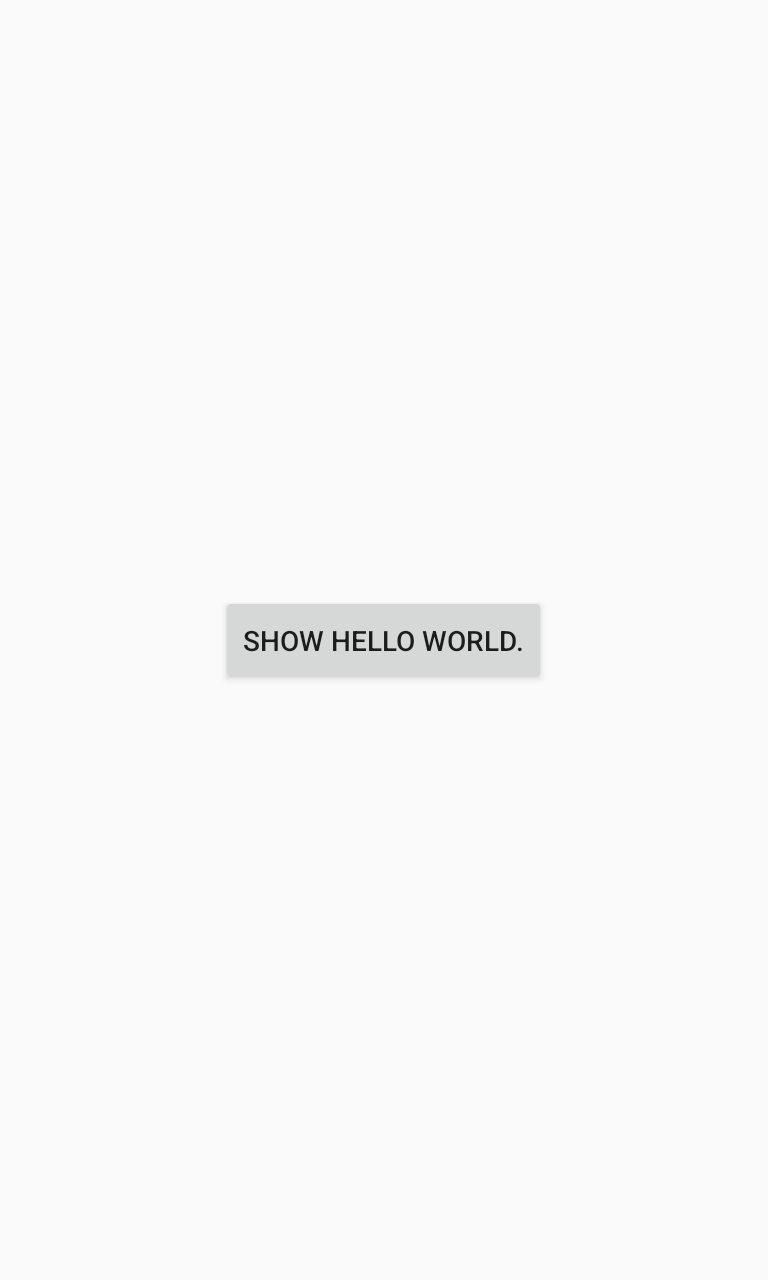
Repository: JoanneCaroll/EventHandling
Layout: EventHandling/res/layout/activity_main.xml
These files come from the project's save history. The layout is drawn as it stood at one moment and after the next save; the edit follows.
It is drawn on a 768 x 1280 px phone screen (xhdpi) without system bars, with theme AppTheme; the app's code is not run.

Above is the layout before, as saved 2014-10-28 06:22:20.

### EventHandling/res/layout/activity_main.xml
<LinearLayout xmlns:android="http://schemas.android.com/apk/res/android"
    xmlns:tools="http://schemas.android.com/tools"
    android:layout_width="match_parent"
    android:layout_height="match_parent"
    android:orientation="vertical"
    android:gravity="center">

    <TextView
        android:id="@+id/hello_world"
        android:layout_width="wrap_content"
        android:layout_height="wrap_content"
        android:text="@string/hello_world"
        android:visibility="gone"
        android:textSize="20dp"/>
    <Button
        android:id="@+id/showButton"
        android:layout_width="wrap_content"
        android:layout_height="wrap_content"
        android:text="@string/show"/>

</LinearLayout>

### EventHandling/res/values/strings.xml
<?xml version="1.0" encoding="utf-8"?>
<resources>

    <string name="app_name">EventHandling</string>
    <string name="hello_world">Hello world!</string>
    <string name="show">Show Hello World.</string>

</resources>

Loaded but not shown: EventHandling/res/values/styles.xml (common file); EventHandling/res/values-v11/styles.xml (common file); EventHandling/res/values-v14/styles.xml (common file)

After the next save:
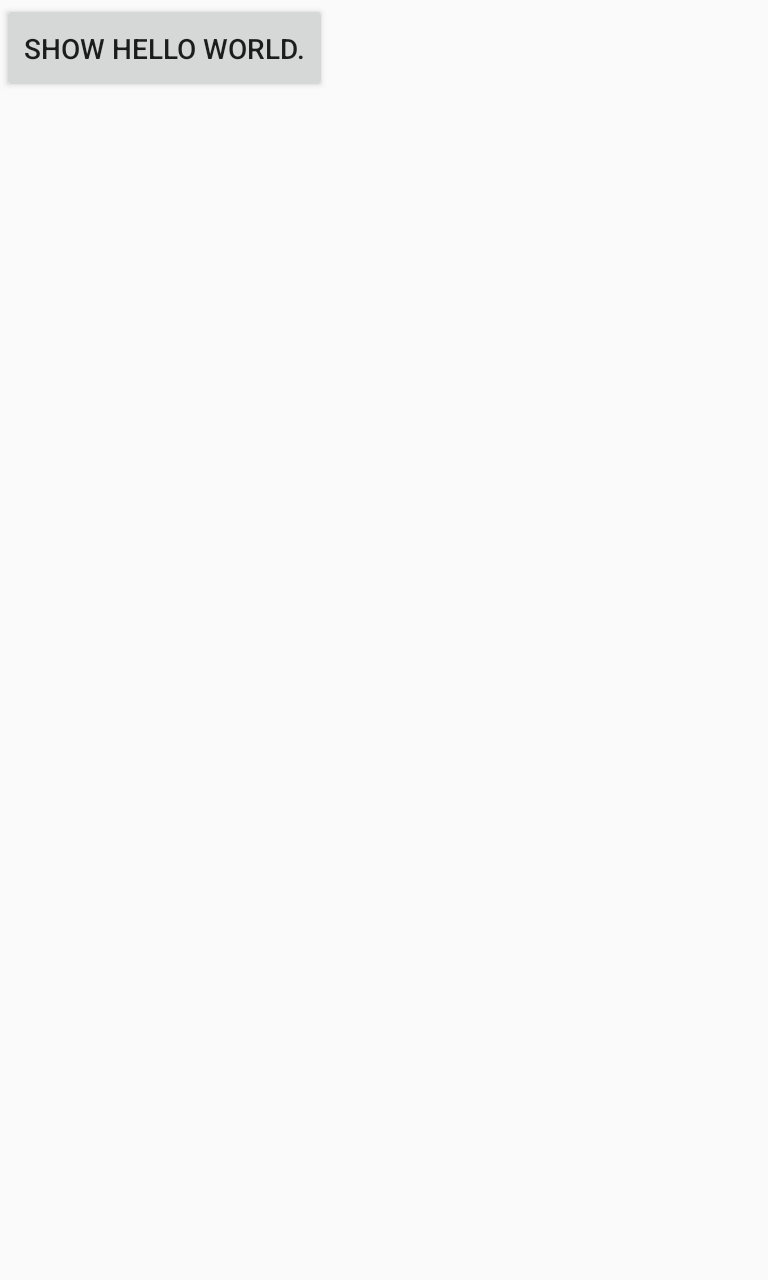
Saved 15 s later.
--- a/EventHandling/res/layout/activity_main.xml
+++ b/EventHandling/res/layout/activity_main.xml
@@ -3,7 +3,7 @@
     android:layout_width="match_parent"
     android:layout_height="match_parent"
     android:orientation="vertical"
-    android:gravity="center">
+    android:layout_gravity="center">
 
     <TextView
         android:id="@+id/hello_world"

After the 2 saves that followed:
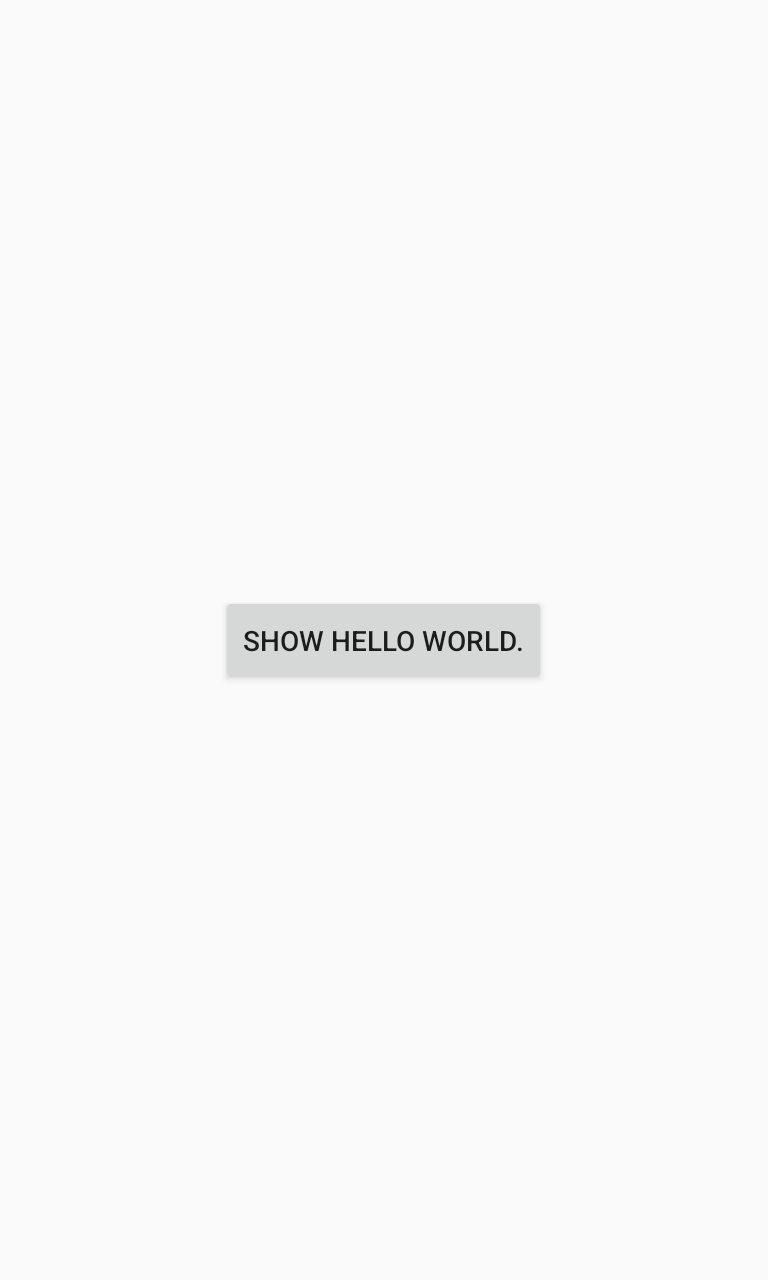
The 2 saves are shown as one change because 1 left the picture as it was.
The last was saved 63 s later.
--- a/EventHandling/res/layout/activity_main.xml
+++ b/EventHandling/res/layout/activity_main.xml
@@ -3,8 +3,13 @@
     android:layout_width="match_parent"
     android:layout_height="match_parent"
     android:orientation="vertical"
-    android:layout_gravity="center">
+    android:gravity="center">
 
+    <Button
+        android:id="@+id/showButton"
+        android:layout_width="wrap_content"
+        android:layout_height="wrap_content"
+        android:text="@string/show"/>
     <TextView
         android:id="@+id/hello_world"
         android:layout_width="wrap_content"
@@ -12,10 +17,6 @@
         android:text="@string/hello_world"
         android:visibility="gone"
         android:textSize="20dp"/>
-    <Button
-        android:id="@+id/showButton"
-        android:layout_width="wrap_content"
-        android:layout_height="wrap_content"
-        android:text="@string/show"/>
+
 
 </LinearLayout>
